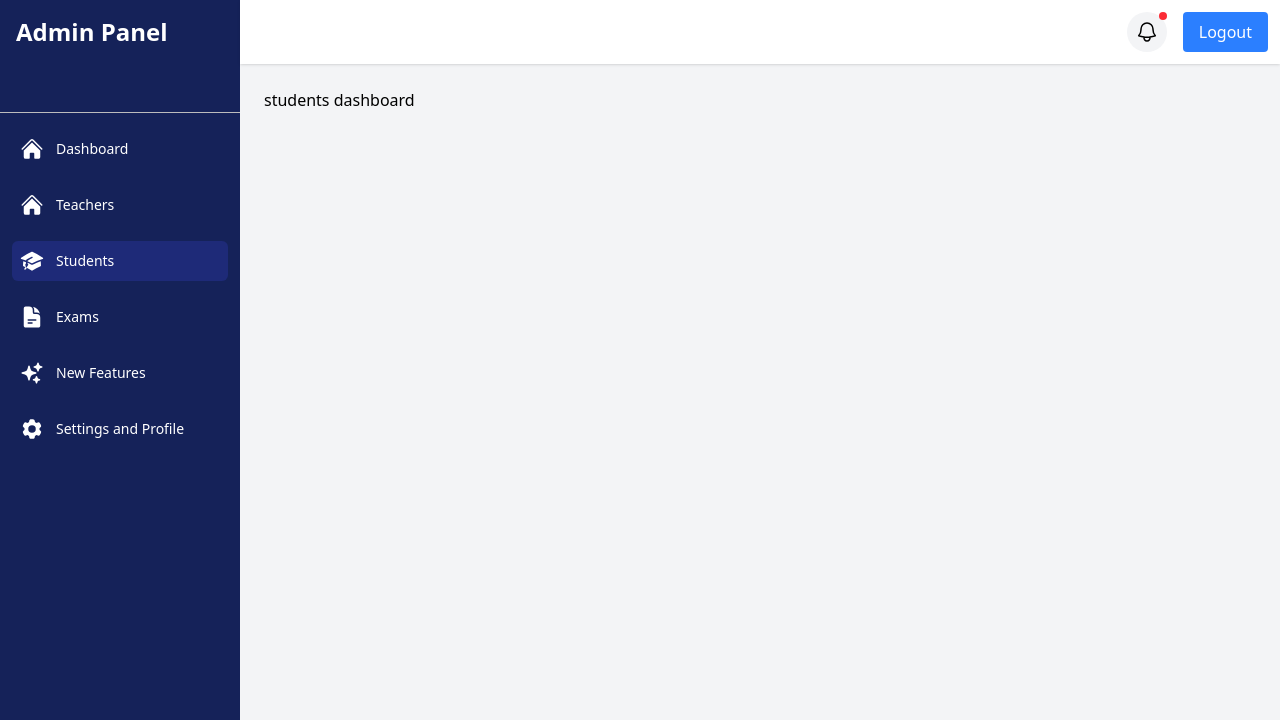
Repository: rahulhr71/AiExam
Page: /dashboard/students (app in admin/)
These files come from the project's save history. The page is drawn as it stood at one moment and after the next save; the edit follows.
The browser window is 1280 px wide. The pictures show the whole page.
The page's requests for data from a server got no answer. The project was rebuilt for these pictures with package versions that can differ from the ones it lists, and the page was loaded fresh each time. No one was signed in, and anything a server would have sent is missing. Also part of the build but not shown: admin/vite.config.js, admin/src/pages/Login.jsx, admin/src/components/AddTeachers.jsx.

Above is the page before, as saved 2025-08-07 11:45:32.

After the next save:
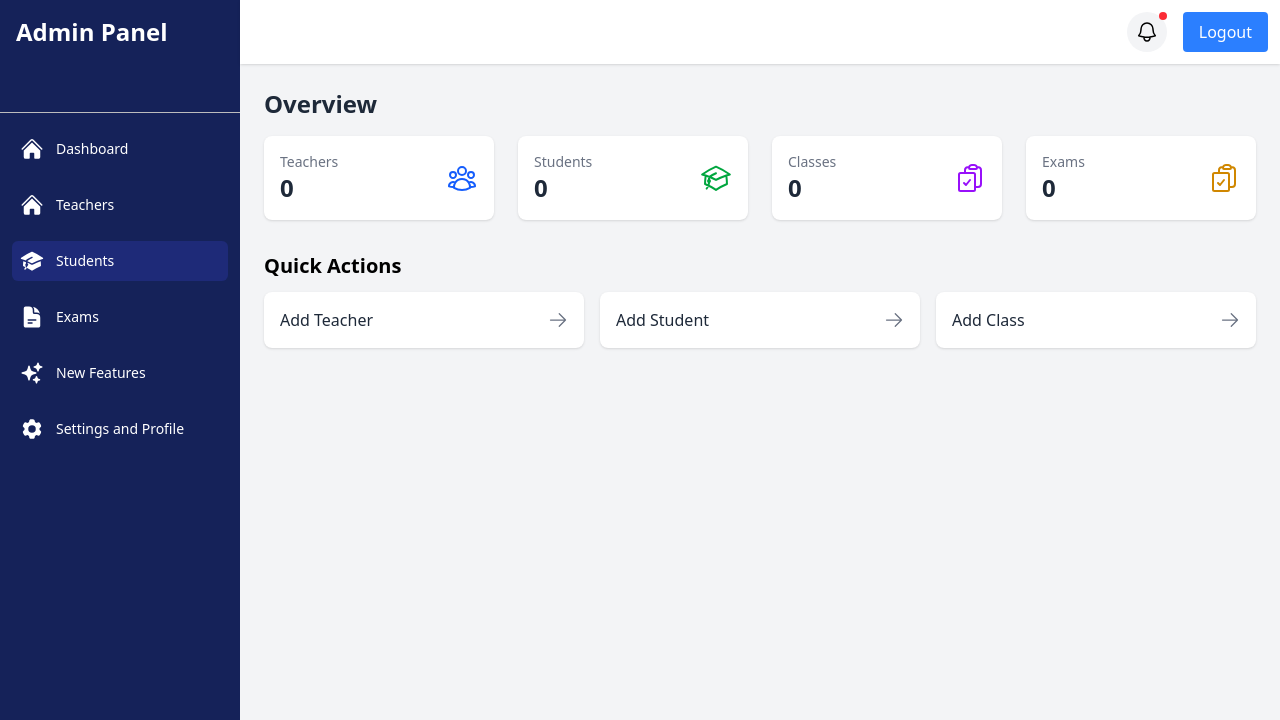
Saved 68 s later.
--- a/admin/src/pages/Dashboard.jsx
+++ b/admin/src/pages/Dashboard.jsx
@@ -48,9 +48,11 @@ const Dashboard = () => {
         return <div>ViewAllStudents Component</div>;
       case 'viewClasses':
         return <div>ViewAllClasses Component</div>;
-        default:
+      case 'teachers':
+        return <div>teachers Component</div>;
       case 'students':
-        return <div>students dashboard</div>;
+        return <div>Students Component</div>;
+      default:
         return <DashboardOverview stats={stats} onActionClick={handleActionClick} />;
     }
   };
